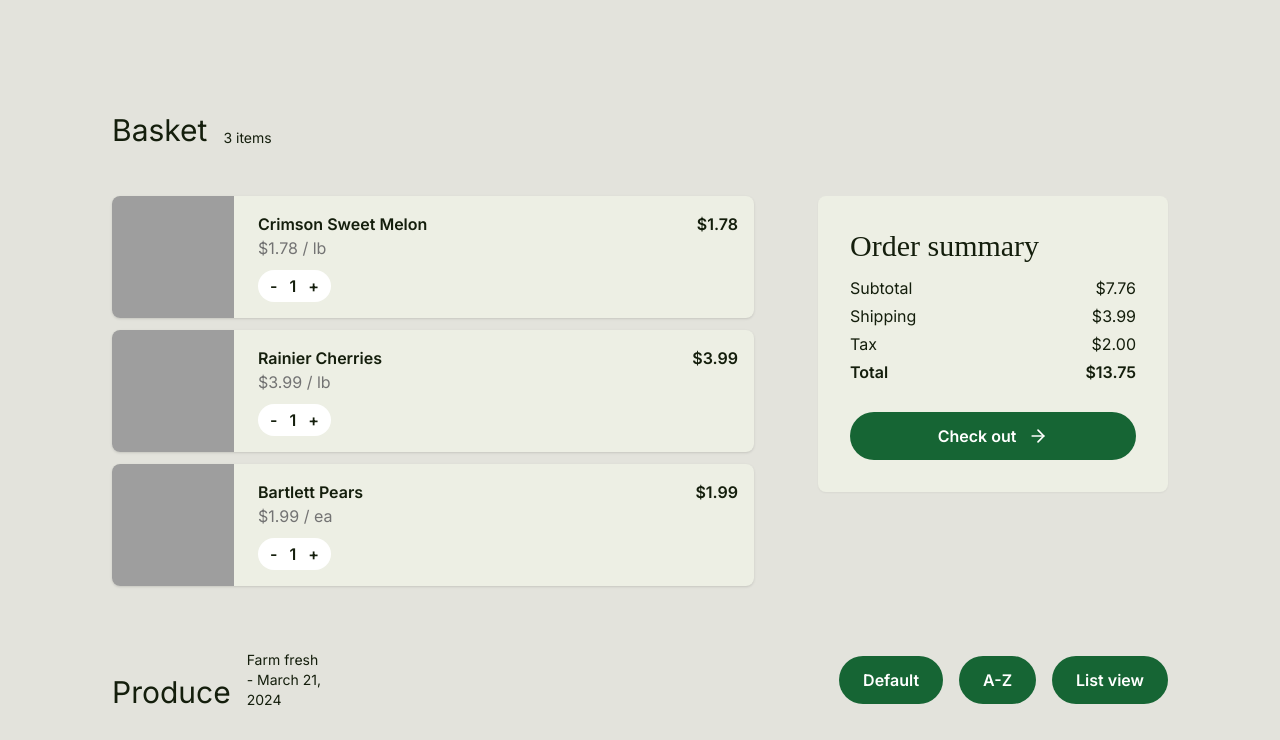
Repository: wswiselife/CSS
Page: / (app in figma-20240618/)
An editor plug-in stored every save of this project. The page is shown before and after the next save, followed by the edit.
The browser window is 1280 px wide. The pictures show the part of the page from y = 1280 to 2020 px (the page is 2020 px tall before and 2008 px after).
Pictures or frames that could not be fetched are drawn as grey boxes. Some web fonts or font styles are not loaded; a fallback is used. The project was rebuilt for these pictures with package versions that can differ from the ones it lists, and the page was loaded fresh each time. The framework's server and built-in components were replaced by stand-ins that run in the browser. Also part of the build but not shown: figma-20240618/next.config.mjs, figma-20240618/app/components/navbar/UserItem.tsx.

Above is the page before, as saved 2024-06-19 09:17:02.

After the next save:
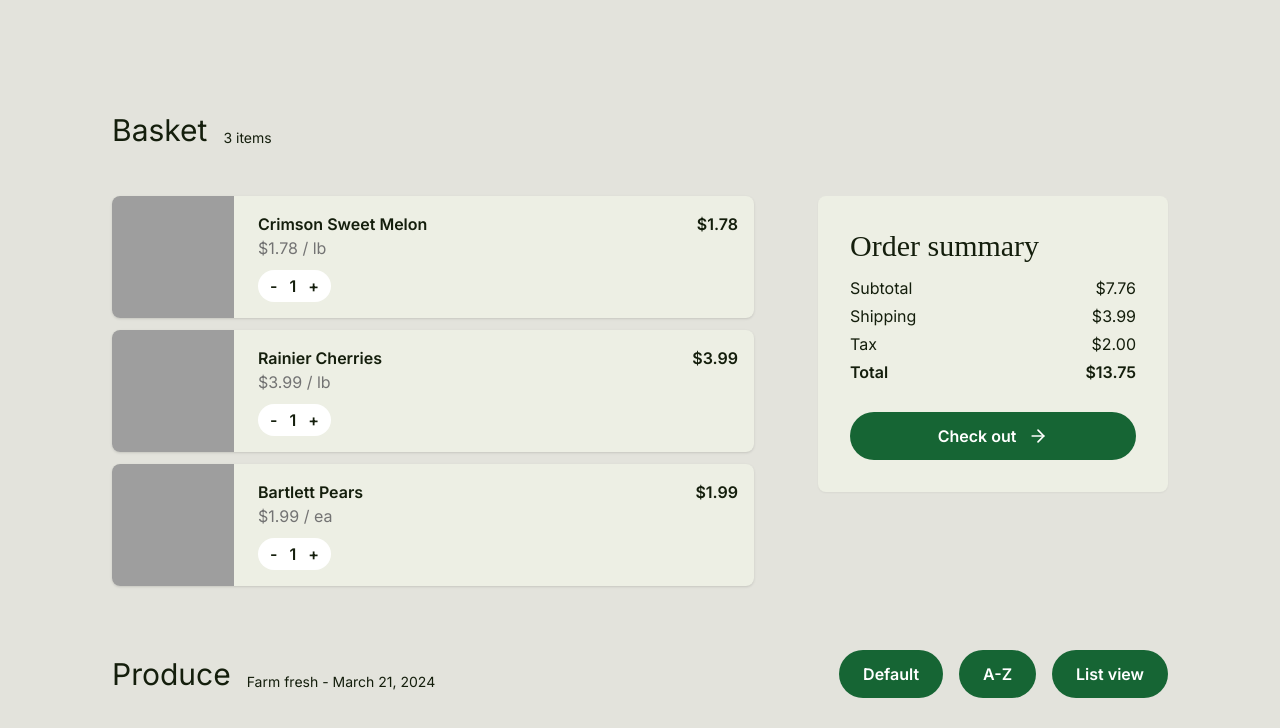
Saved 5 s later.
--- a/figma-20240618/app/components/Header.tsx
+++ b/figma-20240618/app/components/Header.tsx
@@ -29,7 +29,7 @@
 
             ">
                 <div className="text-3xl flex justify-end items-end">{title}</div>
-                <div className="text-sm w-20">{desc}</div>
+                <div className="text-sm w-30">{desc}</div>
             </div>
 
             {/* operate */}

After the save that followed:
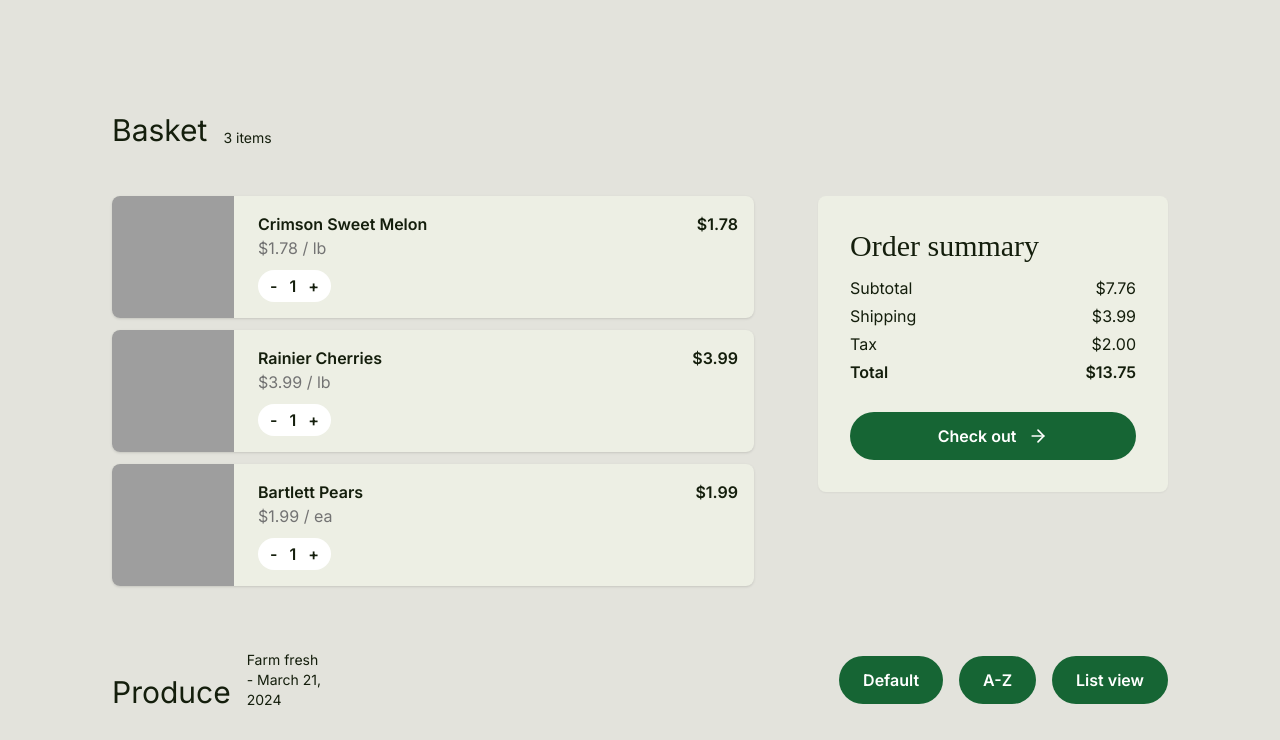
Saved 50 s later.
--- a/figma-20240618/app/components/Header.tsx
+++ b/figma-20240618/app/components/Header.tsx
@@ -29,7 +29,7 @@
 
             ">
                 <div className="text-3xl flex justify-end items-end">{title}</div>
-                <div className="text-sm w-30">{desc}</div>
+                <div className="text-sm w-20">{desc}</div>
             </div>
 
             {/* operate */}
